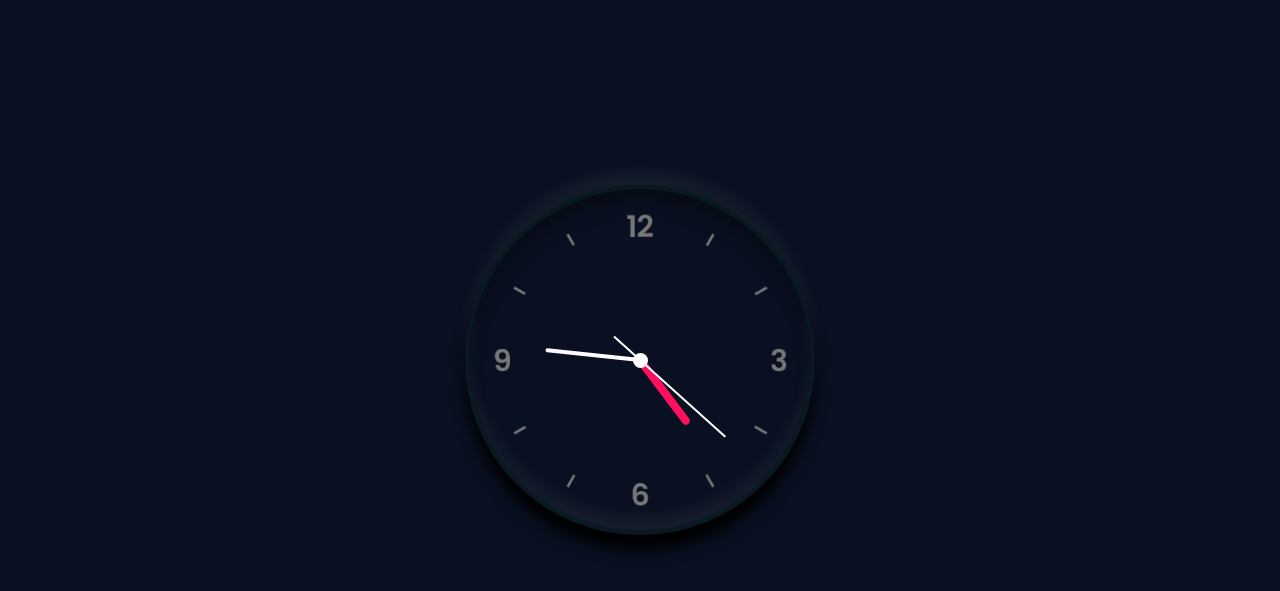
Repository: tharunkumaar404/Analog-Clock
Page: index.html
The author's editor kept a copy of each file at every save. The page is drawn from the files as they stood at one save, then again after the next save.
The browser window is 1280 px wide. The pictures show the whole page.

Above is the page before, as saved 2021-08-26 17:30:43.

### index.html
<!DOCTYPE html>
<html lang="en">
  <head>
    <meta charset="UTF-8" />
    <meta http-equiv="X-UA-Compatible" content="IE=edge" />
    <meta name="viewport" content="width=device-width, initial-scale=1.0" />
    <link
      rel="shortcut icon"
      href="https://img.icons8.com/color/48/000000/alarm-clock--v2.png"
      type="image/x-icon"
    />
    <title>Analog Clock</title>
    <link rel="stylesheet" href="style.css" />
  </head>
  <body>
    <div class="clock">
      <div class="hour">
        <div class="hr" id="hr"></div>
      </div>
      <div class="min">
        <div class="mn" id="mn"></div>
      </div>
      <div class="sec">
        <div class="sc" id="sc"></div>
      </div>
    </div>
  <script src="app.js"></script>
  </body>
</html>

### style.css
*{
    margin:0;
    padding:0;
    box-sizing: border-box;
}

body{
    display:flex;
    justify-content: center;
    align-items: center;
    min-height:100vh;
    background:#091021;

}

.clock{
    width: 350px;
    height:350px;
    display:flex;
    justify-content:center;
    align-items:center;
    background:url(./img/clock.png);
    background-size: cover;
    border: 4px solid #091921;
    border-radius:50%;
    box-shadow: 0 -15px 15px rgba(255,255,255,0.05),
                inset 0 -15px 15px rgba(255,255,255,0.05),
                0 15px 15px rgba(0,0,0,5),
                inset 0 15px 15px rgba(0,0,0,0.3);
}

.clock:before{
   content: '';
   position: absolute;
   width:15px;
   height:15px;
   background:#fff;
   border-radius:50%;
   z-index:10000;
}


.clock .hour,.clock .min, .clock .sec{
  position :absolute;
}

.clock .hour, .hr{
    width:160px;
    height:160px;
}
.clock .min, .mn{
    width:190px;
    height:190px;
}
.clock .sec, .sc{
    width:230px;
    height:230px;
}

.hr, .mn, .sc{
    display:flex;
    justify-content: center;
    position: absolute;
    border-radius: 50%;

}

.hr:before{
    content:'';
    position:absolute;
    width:8px;
    height:80px;
    background: #ff105e;
    z-index: 10;
    border-radius: 6px 6px 0 0;
}

.mn:before{
    content:'';
    position:absolute;
    width:4px;
    height:90px;
    background: #fff;
    z-index: 11;
    border-radius: 6px 6px 0 0;
}

.sc:before{
    content:'';
    position:absolute;
    width:2px;
    height:150px;
    background: #fff;
    z-index: 12;
    border-radius: 6px 6px 0 0;
}

### app.js
const deg = 6;
      const hr = document.querySelector('#hr');
      const mn = document.querySelector('#mn');
      const sc = document.querySelector('#sc');


setInterval(() => {
        let day = new Date();
        let hh = day.getHours() * 30;
        let mm = day.getMinutes() * deg;
        let ss = day.getSeconds() *deg;

        hr.style.transform = `rotateZ(${(hh)+(mm/12)}deg)`;
        mn.style.transform = `rotateZ(${mm}deg)`;
        sc.style.transform = `rotateZ(${ss}deg)`;
      });

After the next save:
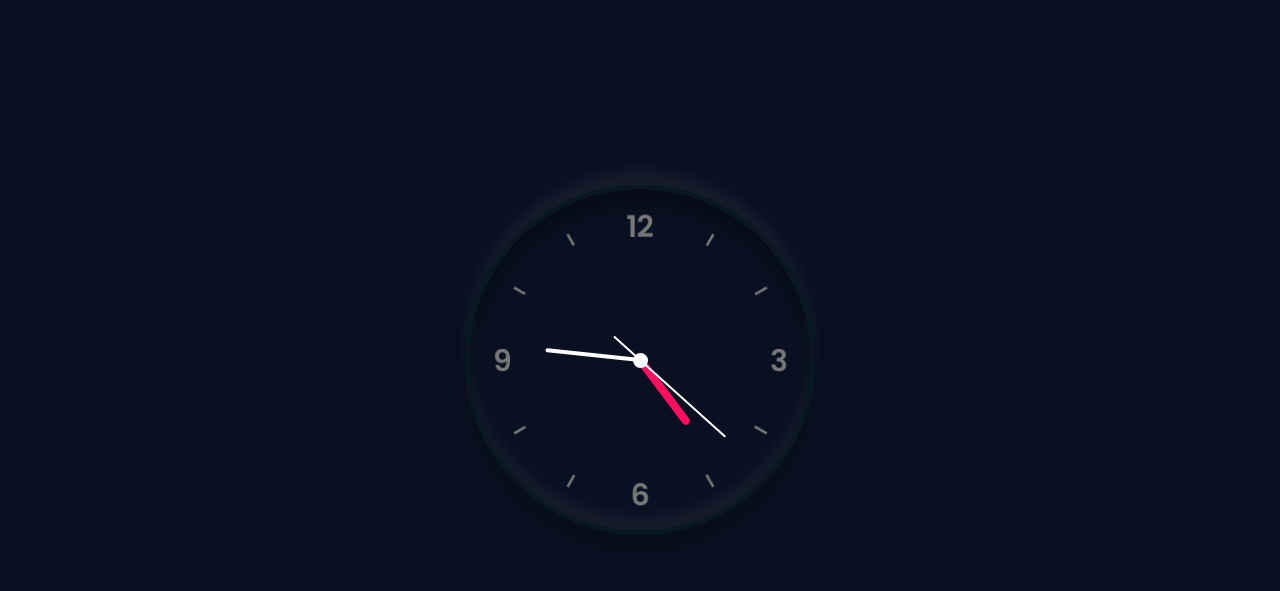
Saved 4 s later.
--- a/style.css
+++ b/style.css
@@ -25,7 +25,7 @@ body{
     border-radius:50%;
     box-shadow: 0 -15px 15px rgba(255,255,255,0.05),
                 inset 0 -15px 15px rgba(255,255,255,0.05),
-                0 15px 15px rgba(0,0,0,5),
+                0 15px 15px rgba(0,0,0,0.2),
                 inset 0 15px 15px rgba(0,0,0,0.3);
 }
 
